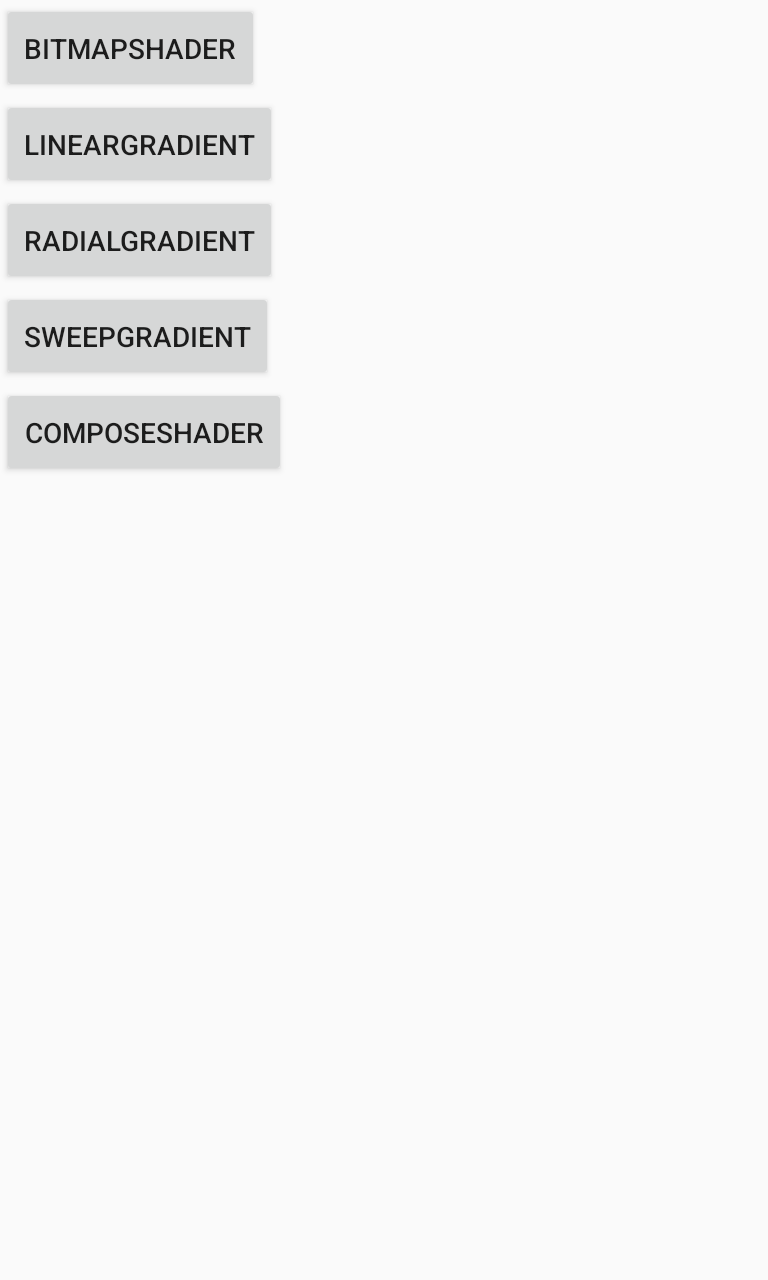
Repository: 18810012802/creazyAndroid
Layout: workspace3/ShaderTest/res/layout/activity_main.xml
The author's editor kept a copy of each file at every save. The layout is drawn from the files as they stood at one save, then again after the next save.
Pictures or frames that could not be fetched are drawn as grey boxes. It is drawn on a 768 x 1280 px phone screen (xhdpi) without system bars, with theme AppTheme; the app's code is not run.

Above is the layout before, as saved 2016-05-09 16:18:59.

### workspace3/ShaderTest/res/layout/activity_main.xml
<LinearLayout xmlns:android="http://schemas.android.com/apk/res/android"
    android:layout_width="match_parent"
    android:orientation="vertical"
    android:layout_height="match_parent"
   >
 <!-- <com.example.shadertest.MyView
        android:layout_width="wrap_content"
        android:layout_height="wrap_content"
        android:id="@+id/my_view" /> -->

	<Button
	    android:layout_width="wrap_content"
        android:layout_height="wrap_content"
        android:text="BitMapShader"
        android:id="@+id/bn1" />
	<Button
	    android:layout_width="wrap_content"
        android:layout_height="wrap_content"
        android:text="LinearGradient"
        android:id="@+id/bn2" />
	<Button
	    android:layout_width="wrap_content"
        android:layout_height="wrap_content"
        android:text="RadialGradient"
        android:id="@+id/bn3" />
	<Button
	    android:layout_width="wrap_content"
        android:layout_height="wrap_content"
        android:text="SweepGradient"
        android:id="@+id/bn4" />
	<Button
	    android:layout_width="wrap_content"
        android:layout_height="wrap_content"
        android:text="ComposeShader"
        android:id="@+id/bn5" />

</LinearLayout>

Loaded but not shown: workspace3/ShaderTest/res/values/styles.xml (common file); workspace3/ShaderTest/res/values-v11/styles.xml (common file); workspace3/ShaderTest/res/values-v14/styles.xml (common file)

After the next save:
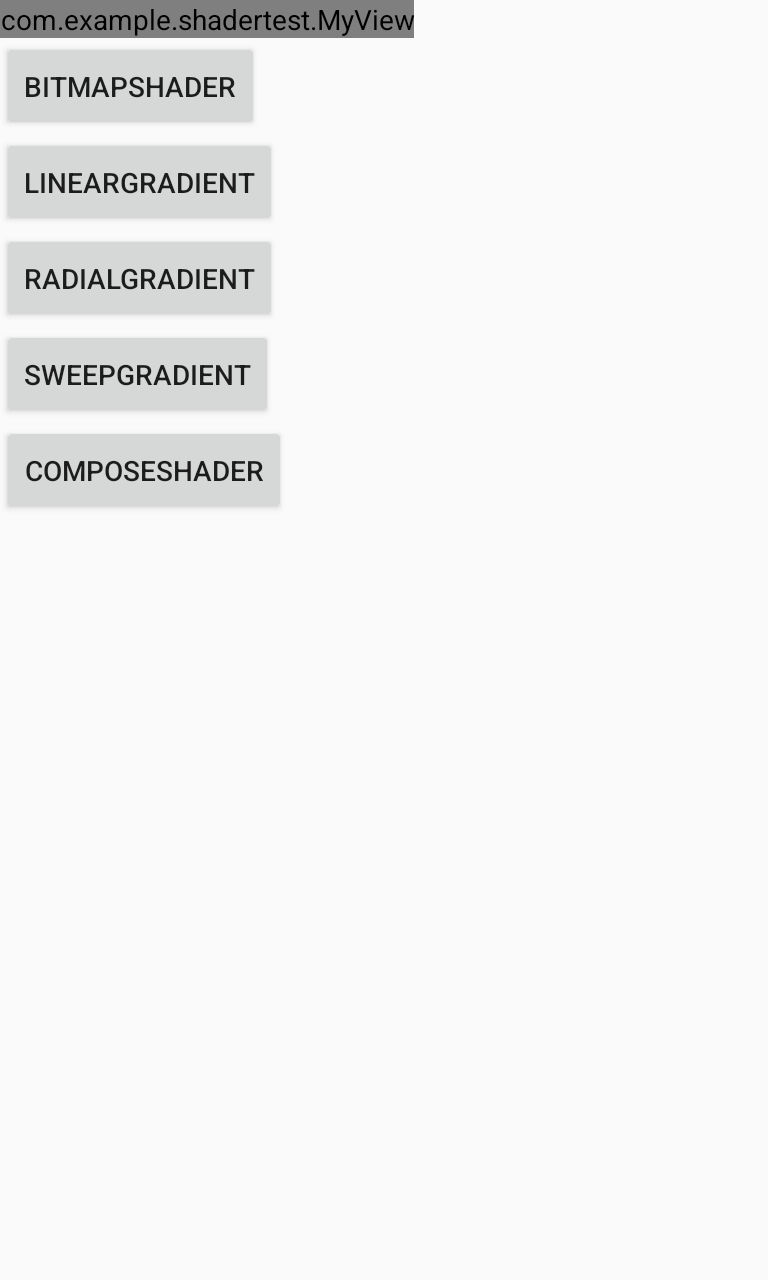
Saved 14 s later.
--- a/workspace3/ShaderTest/res/layout/activity_main.xml
+++ b/workspace3/ShaderTest/res/layout/activity_main.xml
@@ -3,10 +3,10 @@
     android:orientation="vertical"
     android:layout_height="match_parent"
    >
- <!-- <com.example.shadertest.MyView
+ <com.example.shadertest.MyView
         android:layout_width="wrap_content"
         android:layout_height="wrap_content"
-        android:id="@+id/my_view" /> -->
+        android:id="@+id/my_view" />
 
 	<Button
 	    android:layout_width="wrap_content"
@@ -33,5 +33,4 @@
         android:layout_height="wrap_content"
         android:text="ComposeShader"
         android:id="@+id/bn5" />
-
 </LinearLayout>
